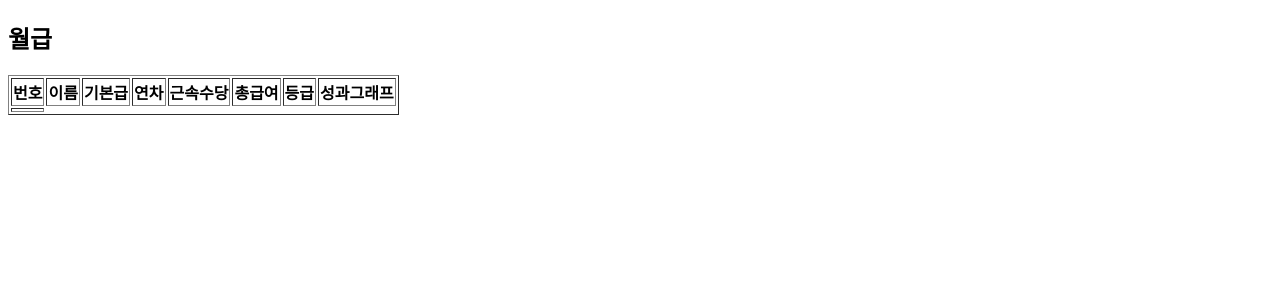
Repository: kkj68106810-dot/jsp2026
Page: http://localhost/chapter01/example_salary.jsp
These files come from the project's save history. The page is drawn as it stood at one moment and after a run of saves; the edit follows.
The browser window is 1280 px wide. The pictures show the whole page.
The page is served by Tomcat 9.

Above is the page before, as saved 2026-10-16 07:08:30.

### chapter01/src/main/webapp/example_salary.jsp
<%@ page language="java" contentType="text/html; charset=UTF-8"
    pageEncoding="UTF-8" import="java.util.*" %>
<!DOCTYPE html>
<html>
<head>
<meta charset="UTF-8">
<title>Insert title here</title>
</head>
<body>
	<%!
		String[] names = {"송중기", "전지현", "손흥민", "김연아", "유재석"};
		int[] basePays = {350, 420, 280, 450, 310};
		int[] years = {5, 8, 2, 10, 4};

		public int getBonus(int year) {
			int bonus;
			if(year >= 7){
				bonus = 100;
			} else if (year >= 4){
				bonus = 70;
			} else {
				bonus = 40;
			}

			return bonus;
		}

		public int getTotalPay(int basePay, int bonus) {
			int totalPay = basePay + bonus;
			return totalPay;
		}

		public String getGrade(int totalPay) {
			String returnGrade = "";
			if(totalPay >= 500) {
				returnGrade = "S";
			} else if (totalPay >=400) {
				returnGrade = "A";
			} else if (totalPay >=300) {
				returnGrade = "B";
			} else if (totalPay <300) {
				returnGrade = "C";
			}
			return returnGrade;
		}

	%>

	<h2>월급</h2>
	<table border="1">
		<tr>
			<th>번호</th>
			<th>이름</th>
			<th>기본급</th>
			<th>연차</th>
			<th>근속수당</th>
			<th>총급여</th>
			<th>등급</th>
			<th>성과그래프</th>
		</tr>
		<%

		%>
		<tr>
		<% %>

			<td>

			</td>

		<% %>
		</tr>
		<% %>

	</table>
</body>
</html>

After the next 4 saves:
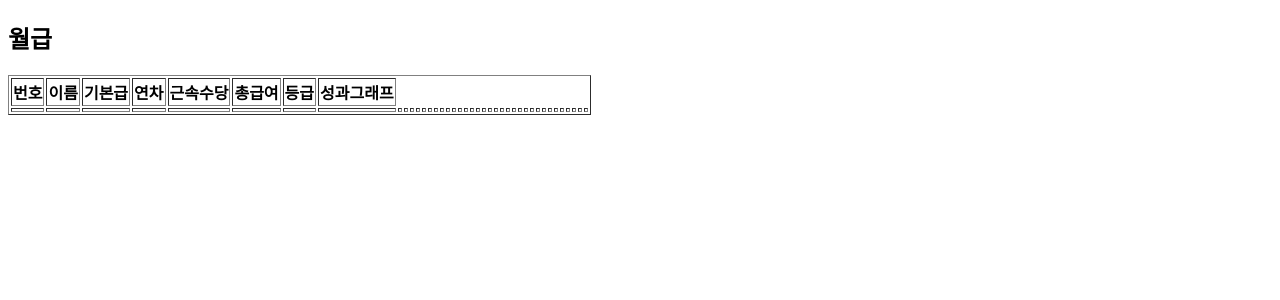
The 4 saves are shown as one change because 1 did not build or start and some came seconds apart.
The last was saved 63 s later.
--- a/chapter01/src/main/webapp/example_salary.jsp
+++ b/chapter01/src/main/webapp/example_salary.jsp
@@ -62,15 +62,35 @@
 
 		%>
 		<tr>
-		<% %>
+		<% for(int i = 0; i < names.length; i++) { %>
 
 			<td>
 
 			</td>
+			<td>
 
-		<% %>
+			</td>
+			<td>
+
+			</td>
+			<td>
+
+			</td>
+			<td>
+
+			</td>
+			<td>
+
+			</td>
+			<td>
+
+			</td>
+			<td>
+
+			</td>
+
+		<% } %>
 		</tr>
-		<% %>
 
 	</table>
 </body>
